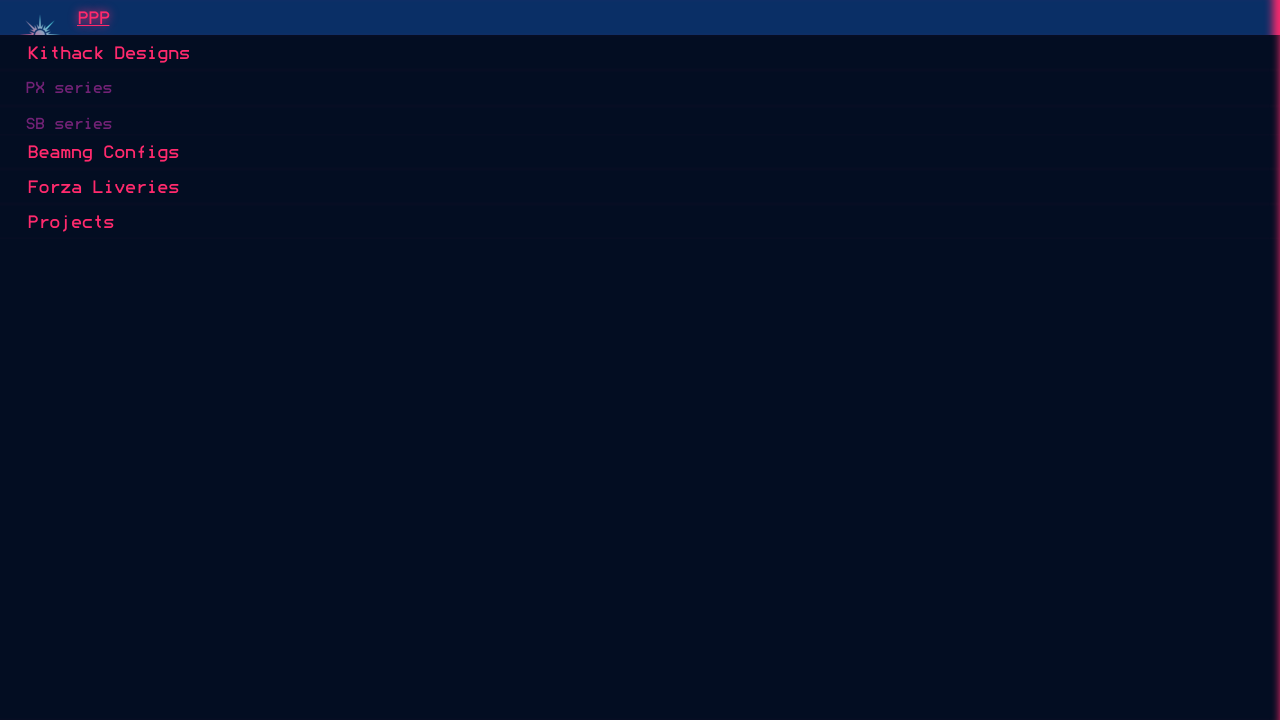
Repository: Pamishly/PamishlysPlayPlace
Page: navbar.html
The author's editor kept a copy of each file at every save. The page is drawn from the files as they stood at one save, then again after the next save.
The browser window is 1280 px wide. The pictures show the whole page.

Above is the page before, as saved 2024-09-11 21:13:07.

### navbar.html

<ul>
    <input type="radio" name="menu" id="ppp">
    <li class="sitename">
        <a href="./homepage.html"  target="_top"><label for="edit" class="title"><i class="fa fa-ppp"></i><img src="./logo.png">PPP</label></a>
    </li>
    <input type="radio" name="menu" id="kithack" checked>
    <li>
        <label for="kithack" class="title"><i class="fa fa-kithack"></i>Kithack Designs</label>
        <a  class="sidebutton" href="./KitHackHTML/PXseries.html" target="_top">PX series</a>
        <a  class="sidebutton" href="./KitHackHTML/SBseries.html" target="_top">SB series</a>
    </li>
    <input type="radio" name="menu" id="beamng">
    <li>
        <label for="beamng" class="title"><i class="fa fa-beamng" target="_top"></i>Beamng Configs</label>
        <a class="sidebutton" href="./BeamngHTML/dune-builds.html" target="_top">Dune Builds</a>
        <a class="sidebutton" href="./BeamngHTML/street-builds.html" target="_top">Street Builds</a>
        <a class="sidebutton" href="./BeamngHTML/derby-builds.html" target="_top">Derby Builds</a>
        <a class="sidebutton" href="./BeamngHTML/speed-builds.html" target="_top">Top Speed Builds</a>
    </li>
    <input type="radio" name="menu" id="preferences">
    <li>
        <label for="preferences" class="title"><i class="fa fa-gears"></i>Forza Liveries</label>
        <a class="sidebutton" href="./ForzaHTML/Horizon5.html" target="_top">Horizon 5</a>
    </li>
    <input type="radio" name="menu" id="projects">
    <li>
        <label for="projects" class="title"><i class="fa fa-projects"></i>Projects</label>
        <a class="sidebutton" href="./ProjectsHTML/PiProjects.html" target="_top">Pi Projects</a>
    </li>
</ul>

<link rel="stylesheet" href="main.css">

### main.css
* {
	margin: 0;
	padding: 0;
	box-sizing: border-box;
}
body {
	font-family: Headers;
    background-color: #030D22;
    box-shadow: inset -8px 0 8px -8px #ff2a6d;
}
@font-face {
	font-family: Headers;
	src: url("Modenine-2OPd.ttf");
	font-weight: bold;
}
.container {
	width: 100%;
	height: 100%;
}
nav {
	position: fixed;
	display: flex;
	align-items: flex-start;
	width: 12%;
	height: 100%;
	background-color: #111;
}
main {
	position: fixed;
	right: 0;
	width: 88.1%;
	height: 100%;
	background: url("Background.png");
	overflow: auto;
	padding: 40px;
    color: cyan;
}
h1 {
	font-weight: bold;
	margin-bottom: 50px;
	font-size: 55px;
	text-align: center;
    color: cyan;
}
p {
	margin-bottom: 20px;
	line-height: 26px;
    font-size: 24px;
    text-align: center;
    color: cyan;
}
li, ul label.title, ul, a {
	width: 100%;
	color: #ff2a6d;
	font-family: Headers;
	display: block;
	font-weight: bold;
}
ul label {
	height: 35px;
    box-shadow: inset -8px 0 8px -8px #ff2a6d;
}
ul li{
	height: 35px;
	overflow: hidden;
	transition: all .3s;
}
ul img{
	float:left;
}
li {
	display: block;
	background:#030D22;
}
label.title {
    text-align: left;
	font-size: 18px;
	background:#030D22;
	padding: 10px 15px;
	cursor: pointer;
    transition: all .25s;
    overflow: hidden;
}
.sidebutton{
	font-size: 16px;
	text-decoration: none;
	color: #722276;
	display: block;
	padding: 10px 25px;
	transition: all .25s;
    box-shadow: inset -8px 0 8px -8px #ff2a6d;
	font-family: Headers;
}
.sidebutton:hover {
    box-shadow: inset -15px 0 8px -8px #ff2a6d;
	text-shadow: 0px 0px 10px #ff2a6d;
	background: #0A2F66;
	color: #FF23BC;
}
label:hover {
	text-shadow: 0px 0px 10px #ff2a6d;
	background: #0A2F66;
    box-shadow: inset -15px 0 8px -8px #ff2a6d;
}
input[type="radio"] {
	display: none;
}
#ppp:checked + li {
	height: 0px;
}
#preferences:checked + li {
    height: 67px;
}
#beamng:checked + li {
    height: 163px;
}
#kithack:checked + li {
    height: 99px;
}
#projects:checked + li {
    height: 67px;
}
i {
	margin-right: 12px;
}
@media screen and (max-width: 600px){
	nav {
		width: 100%;
		position: relative;
	}
	main {
		width: 100%;
		position: relative;
	}
}
.card{
    position: relative;
    display: flex;
    flex-flow: column nowrap;
    width: 350px;
    height: 550px;
    border: solid cyan;
    text-align: center;
    margin: 15px;
	text-decoration: none;
	font-weight: unset;
	font-family: monospace;
	color: cyan;
}
.cardcontainer{
    display: flex;
    flex-flow: row wrap;
    align-content: space-around;
    justify-content: center;
    width:75%;
    margin-left: 12.5%;
}
.card img{
    width: auto;
    align-content: flex-start;
    justify-content: center;
}
.card p{
    padding: 15px;
    align-content: center;
    justify-content: center;
	margin-bottom: 20px;
	line-height: 26px;
    font-size: 24px;
    text-align: center;
    color: cyan;
}
.card:hover{
	background:#00aeff2c;
}
.card > h3{
	font-size: 24px;
	font-family: Headers;
}
iframe{
	width:100%;
	height:100%;
}
iframe[seamless]{
    background-color: transparent;
    border: 0px none transparent;
    padding: 0px;
    overflow: hidden;
}
.dwn-button{
	position: relative;
    display: flex;
    flex-flow: column nowrap;
    width: 150px;
    height: 70px;
    border: solid cyan;
    text-align: center;
    margin: 15px;
	font-weight: unset;
	font-family: monospace;
	color: cyan;
    left: 50%;
    transform: translate(-61%,100%);
}
.dwn-button:hover {
    background: darkcyan;
}
.dwn-button p{
	padding-top: 15px;
}
.information{
	display: flex;
	flex-flow: column nowrap;
}
.information p {
	margin-bottom: 20px;
	line-height: 26px;
    font-size: 24px;
	justify-content: center;
    color: cyan;
}
.information img {
	width: 600px;
	border: cyan 5px solid;
	align-self: center;
}
.information h1 {
	justify-content: center;
}
.main {
    -ms-overflow-style: none;  /* Internet Explorer 10+ */
    scrollbar-width: none;  /* Firefox */
}
.main::-webkit-scrollbar {
    display: none;  /* Safari and Chrome */
}

After the next save:
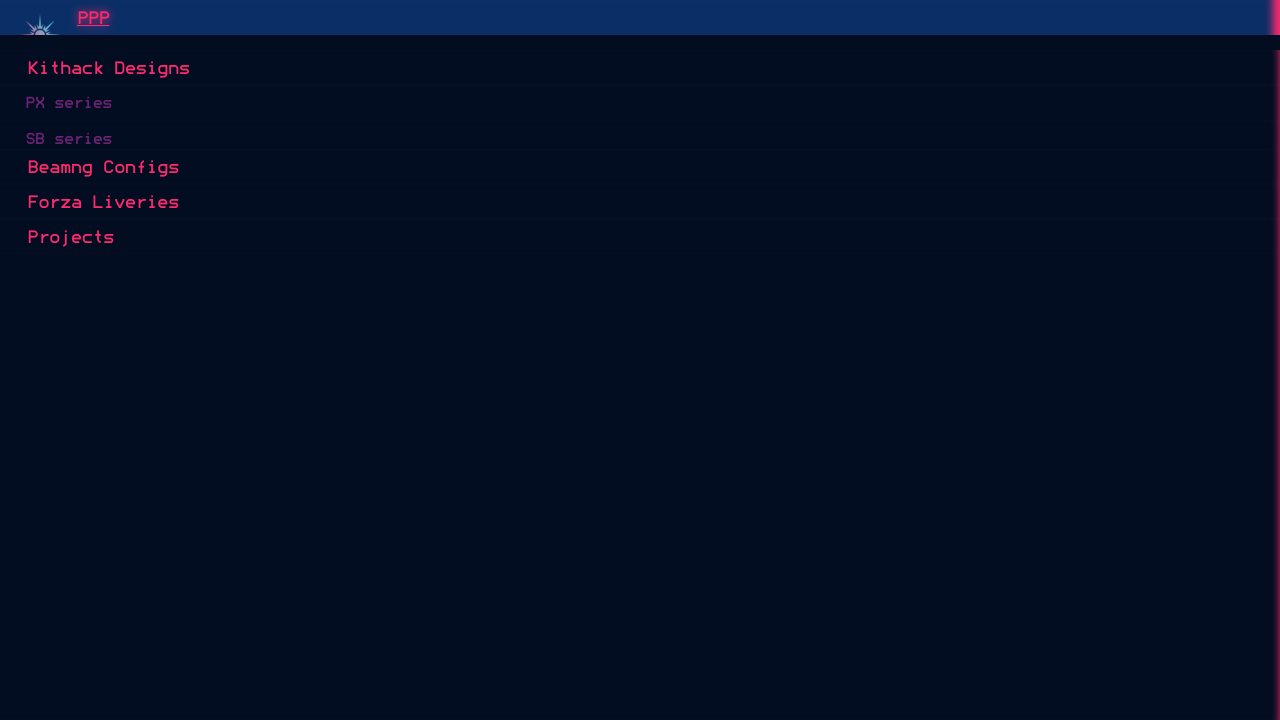
Saved 14 s later.
--- a/main.css
+++ b/main.css
@@ -133,6 +133,9 @@
 		position: relative;
 	}
 }
+.sitename{
+	height:50px;
+}
 .card{
     position: relative;
     display: flex;
